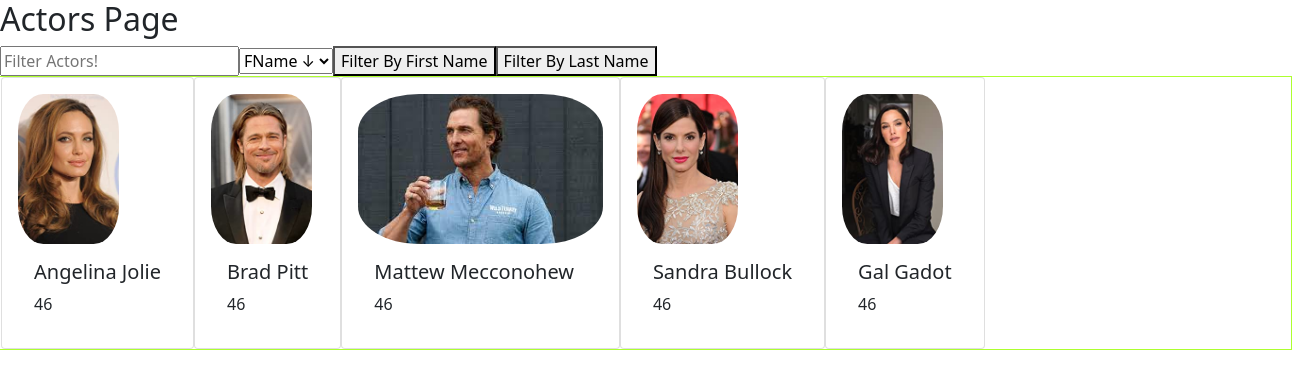
Repository: shuroo/FECourse-react-movieapp
Page: /
An editor plug-in stored every save of this project. The page is shown before and after a run of saves, followed by the edit.
The browser window is 1280 px wide. The page is 1292 px wide, so the pictures cover 1292 px, including what lies to the right of the window. The pictures show the whole page.
The project was rebuilt for these pictures with package versions that can differ from the ones it lists, and the page was loaded fresh each time. Also part of the build but not shown: src/App.css.

Above is the page before, as saved 2021-07-25 11:31:33.

### src/App.js
import logo from './logo.svg';
import './App.css';
import React, { useState } from 'react';
import 'bootstrap/dist/css/bootstrap.min.css';
import ActorsPage from './pages/ActorsPage';

function App() {
    return <ActorsPage / >
};

export default App;

### src/pages/ActorsPage.jsx
import React, { useState } from 'react';
import ActorModel from '../model/ActorModel';
import CardComponent from "../components/CardComponent";
import SortComponent from "../components/SortComponent";
import ImgGallery from "../components/ImgGallery";
import 'bootstrap/dist/css/bootstrap.min.css';

function ActorsPage() {

    const allActors = [ new ActorModel("Angelina", "Jolie", new Date("04/06/1975"), "./angeline.jpg", "https://www.imdb.com/name/nm0001401/"),
    new ActorModel("Brad", "Pitt", new Date("04/06/1975"), "./brad_pitt.jpg", "https://www.imdb.com/name/nm0000093/"),
    new ActorModel("Mattew", "Mecconohew", new Date("04/06/1975"), "./mattehew_mecc.jpeg","https://www.imdb.com/name/nm0000190/"),
    new ActorModel("Sandra", "Bullock", new Date("04/06/1975"), "./sandra_bullock.jpg", "https://www.imdb.com/name/nm0000113/"),
    new ActorModel("Gal", "Gadot", new Date("04/06/1975"), "./gal_gadot.jpg", "https://www.imdb.com/name/nm0000113/")];

    const [actors, setActors] = useState(
        allActors
        )

     let actorsHtml = actors.map(act=><CardComponent key={act.firstName+"1"} actor={act}/>)

    // firstName, lastName, birthday, image, imdbLink

    const [filterText, setFilterText] = useState("")
    const [sortCriteria, setSortCriteria] = useState("")

    function filterTextByEvent(e){
        let text = e.target.value;
        setFilterText(text);
        if(text === ""){
            setActors(allActors);
        }
    }
    function filterByFirstName(){
        let actorsFiltered = [...actors].filter(a=>a.firstName.startsWith(filterText));
        setActors(actorsFiltered);
    }

    function filterByLastName(){
         setActors(actors.filter(a=>a.lastName.startsWith(filterText)));
    }



    return (
        <div >
            <h2>Actors Page</h2>
            <div className="content">
            <input type="text" value={filterText} onChange={(e)=>filterTextByEvent(e)}   placeholder="Filter Actors!"></input>
            <SortComponent actors={actors} setSortCriteria={setSortCriteria} sortCriteria={sortCriteria} setActors={setActors} />
            <button onClick={filterByFirstName}>Filter By First Name</button>
            <button onClick={filterByLastName}>Filter By Last Name</button>
            <div className="row"><ImgGallery actorsHtml={actorsHtml}/></div>
            </div>

        </div>
    );
}

export default ActorsPage;

### src/model/ActorModel.jsx
class ActorModel{

    constructor(firstName, lastName, birthday, image, imdbLink){

        this.firstName = firstName;
        this.lastName = lastName;
        this.birthday = birthday;
        this.image = image;
        this.imdbLink = imdbLink;
        this.age = this.age.bind(this);
    }

    age(){
        var thisyear = new Date().getFullYear();
        var birthyear = this.birthday.getFullYear();
        return (thisyear - birthyear);
    }
}

export default ActorModel;

### src/components/CardComponent.jsx
import React from "react";
import './CardComponent.css';

function CardComponent({actor}) {

	return (


<div class="card">
<div class="card-body">
<div onClick={(e)=>(window.open(actor.imdbLink, '_blank'))}>
  <img className="actorImg" src={actor.image} alt={actor.firstName+" "+actor.lastName}/>
  <div className="card-body">
    <h5 className="card-title">{actor.firstName} {actor.lastName}</h5>
    <p className="card-text">{actor.age()}
  </p></div>
  </div>

</div>
</div>
	)
}

export default CardComponent;

### src/components/SortComponent.jsx
import React from "react";

function SortComponent({sortCriteria, actors, setActors,setSortCriteria}){

    function sortBy(){

        if(sortCriteria === "firstName"){
            actors.sort((a,b)=>
            {
                if(a.firstName < b.firstName) { return -1; }
                if(a.firstName > b.firstName) { return 1; }
                return 0;
            })
        }else{
            actors.sort (
                (a,b)=>
            {
                if(a.lastName < b.lastName) { return -1; }
                if(a.lastName > b.lastName) { return 1; }
                return 0;
            })
        }

        console.log(actors);
        setActors(actors);
        setSortCriteria(sortCriteria);
    }

    return(

<select name="sortBy" value={sortCriteria} onChange={setSortCriteria}  >

  <option value="firstName">FName &#8595;</option>
  <option value="lastName">LName &#8593;</option>
</select>

)}

export default SortComponent;

### src/components/ImgGallery.jsx
import React from "react";
import './CardComponent.css';

function ImgGallery({actorsHtml}){


return(
<div className="gallery">{actorsHtml}</div>

)

}

export default ImgGallery;

### src/components/CardComponent.css
.actorImg {
    border-radius: 25%;
    object-fit: cover;
    height: 150px;
}

.col {
    display: flex;
    justify-content: space-around;
    align-items: flex-start;
    flex-basis: 20%;
}

.card {
    display: flex;
}

.gallery {
    display: flex;
    border: 1px solid greenyellow;
    align-items: flex-start;
}

Loaded but not shown: public/index.html (common file); src/index.js (common file); src/index.css (common file); src/reportWebVitals.js (common file)

After the next 2 saves:
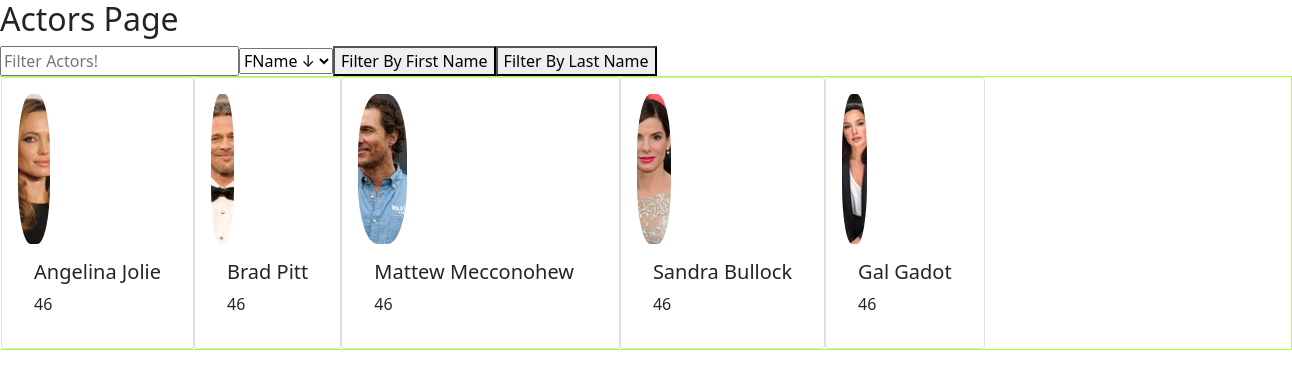
The 2 saves are shown as one change because they came seconds apart.
The last was saved 4 min 3 s later.
--- a/src/components/CardComponent.css
+++ b/src/components/CardComponent.css
@@ -1,7 +1,8 @@
 .actorImg {
-    border-radius: 25%;
+    border-radius: 40%;
     object-fit: cover;
     height: 150px;
+    width: 20%;
 }
 
 .col {
